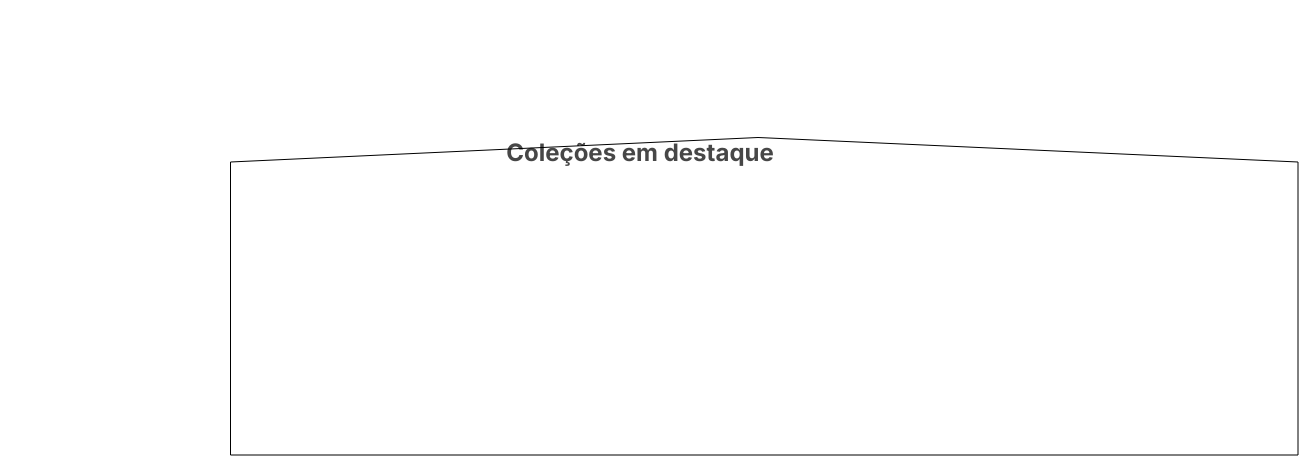
Repository: gimoli/loja-digital
Page: index.html
These files come from the project's save history. The page is drawn as it stood at one moment and after the next save; the edit follows.
The browser window is 1280 px wide. The page is 1299 px wide, so the pictures cover 1299 px, including what lies to the right of the window. The pictures show the part of the page from y = 1294 to 1750 px (the page is 1750 px tall before and 1725 px after).

Above is the page before, as saved 2025-04-24 11:29:04.

### index.html
<!DOCTYPE html>
<html lang="pt-br">
<head>
    <meta charset="UTF-8">
    <meta name="viewport" content="width=device-width, initial-scale=1.0">
    <title>Digital Store</title>
    <link href="./style.css" rel="stylesheet">
    <script src="https://cdn.jsdelivr.net/npm/@tailwindcss/browser@4"></script>
    <link rel="shortcut icon" href="/assets/Logo-Digital.svg" type="image/x-icon">
</head>
<body>
<header class="flex flex-col gap-12 px-[108px] py-[38px]">
    <div class="flex items-center justify-between">
        <div class="flex gap-1">
            <img src="/assets/Logo-Digital.svg" alt="Logo da Digital Store">
            <h1 class="text-4xl text-(--primary-color) font-semibold">Digital Store</h1>
        </div>
        <input type="text" placeholder="Pesquisar produto..." class="bg-(--light-gray-3) py-2 px-3 rounded-lg ml-40 mr-14
         bg-[url(/assets/search.svg)] bg-no-repeat bg-right focus:placeholder-transparent w-[560px] focus:outline-none"/>
        <div>
            <a href="#" class="bg-(--primary-color) text-white rounded-lg px-7 py-3 font-bold text-sm">
                Entrar
            </a>
        </div>
        <div class="relative">
            <img src="/assets/Carrinho-preto.svg" alt="Imagem de um carrinho de compras">
            <div class="flex justify-center items-center absolute bg-(--tertiary-color) text-white font-bold text-xs rounded-full w-[18px] h-[18px] bottom-[15px] left-3">
                2
            </div>
        </div>
    </div>
    </div>
    <nav class="pl-32">
        <ul class="flex gap-6 text-(--dark-gray-2)">
            <li class="hover:text-(--primary-color) hover:font-bold">
                <a href="#">
                Home
            </a>
        </li>
            <li class="hover:text-(--primary-color) hover:font-bold">
                <a href="#">
                Produtos
            </a>
        </li>
            <li class="hover:text-(--primary-color) hover:font-bold">
                <a href="#">
                Categorias
            </a>
        </li>
            <li class="hover:text-(--primary-color) hover:font-bold">
                <a href="#">
                Meus Pedidos
            </a>
        </li>
        </ul>
    </nav>
</header>
<main>
    <section class="flex px-[108px] bg-(--light-gray-3) py-[78px] h-[680px] relative">
        <div class="flex flex-col gap-5 w-[466px]">
            <p class="text-(--warnig-color) font-bold">
                Melhores ofertas personalizadas
            </p>
            <h2 class="font-extrabold text-6xl">
                Queima de estoque Nike 🔥
            </h2>
            <p class="text-(--dark-gray-2) text-lg">
                Consequat culpa exercitation mollit nisi excepteur do do tempor laboris eiusmod irure consectetur.
            </p>
            <a href="#" class="flex items-center justify-center bg-(--primary-color) text-(--light-gray-3) font-bold w-[210px] h-[48px] rounded-lg">
                Ver Ofertas
            </a>
        </div>
        <img src="/assets/White-Sneakers-PNG-Clipart 1.svg" alt="Foto de um tenis branco" class="absolute right-28 bottom-8"/>
        <img src="/assets/ornament.svg" alt="Firula do site - by wendell" class="absolute top-12 right-8">
    </section>
    <section class="flex flex-col gap-15 px-[108px] py-[42px]">
        <div class="flex flex-col gap-10">
            <h4 class="text-(--dark-gray-2) font-bold text-2xl">
                Coleções em destaque
            </h4>
            <ul class="grid grid-cols-3 gap-3.5 h-68">
                <li  class="flex bg-[#D8E3F2] pl-8 pt-8 rounded-md relative bg-[url(/assets/star-wars-shirt-pic.svg)] bg-no-repeat bg-bottom-right">
                    <div class="w-1/2 z-10">
                    <p class="bg-[#E7FF86] rounded-4xl font-bold text-(--dark-gray-2) w-[96px] text-center py-1.5 text-sm">
                        30% OFF
                    </p>
                    <h5 class="font-bold text-(--dark-gray) text-4xl mt-2.5 mb-8">
                        Novo drop Supreme
                    </h5>
                    <a href="#" class="text-(--primary-color) bg-white rounded-xl font-bold px-12 py-4.5">
                        Comprar
                    </a>
                </div>
                </li>
                <li  class="flex bg-[#D8E3F2] pl-8 pt-8 rounded-md relative bg-[url(/assets/sneaks-pic.svg)] bg-no-repeat bg-bottom-right">
                    <div class="w-1/2 z-10">
                    <p class="bg-[#E7FF86] rounded-4xl font-bold text-(--dark-gray-2) w-[96px] text-center py-1.5 text-sm">
                        30% OFF
                    </p>
                    <h5 class="font-bold text-(--dark-gray) text-4xl mt-2.5 mb-8">
                        Coleção Adidas
                    </h5>
                    <a href="#" class="text-(--primary-color) bg-white rounded-xl font-bold px-12 py-4.5">
                        Comprar
                    </a>
                </div>
                </li>
                <li  class="flex bg-[#D8E3F2] pl-8 pt-8 rounded-md relative bg-[url(/assets/headphone-pic.svg)] bg-no-repeat bg-bottom-right">
                    <div class="w-1/2 z-10">
                    <p class="bg-[#E7FF86] rounded-4xl font-bold text-(--dark-gray-2) w-[96px] text-center py-1.5 text-sm">
                        30% OFF
                    </p>
                    <h5 class="font-bold text-(--dark-gray) text-4xl mt-2.5 mb-8">
                        Novo<br> Beats Bass
                    </h5>
                    <a href="#" class="text-(--primary-color) bg-white rounded-xl font-bold px-12 py-4.5">
                        Comprar
                    </a>
                </div>
                </li>
            </ul>
        </div>
        <div></div>
    </section>
    <section class="flex flex-col gap-15 px-[230px] py-[35px]">
        <div class="flex flex-col gap-10">
            <h4 class="text-(--dark-gray-2) font-bold text-2xl text-center">
                Coleções em destaque
            </h4>
            <img src="/assets/borda.svg" alt="Foto de um tenis branco" class="absolute "/>
        </div>
    </section>
</main>
</body>
</html>

### style.css
@import url('https://fonts.googleapis.com/css2?family=Inter:ital,opsz,wght@0,14..32,100..900;1,14..32,100..900&display=swap');

:root {
    --dark-gray: #1F1F1F;
    --dark-gray-2: #474747;
    --dark-gray-3: #666666;
    --light-gray: #8F8F8F;
    --light-gray-2: #CCCCCC;
    --light-gray-3: #F5F5F5;
    --white: #FFFFFF;
    --primary-color: #C92071;
    --secondary-color: #B5B6F2;
    --tertiary-color: #991956;
    --error-color: #EE4266;
    --success-color: #52CA76;
    --warnig-color: #F6AA1C;
    --primary-gradient: 180deg, #C92071, #EDABCA;
    --secondary-gradient: 180deg, #B5B6F2, #EFEFFF;
}

* {
    font-family: "Inter", sans-serif;
    box-sizing: border-box;
}

After the next save:
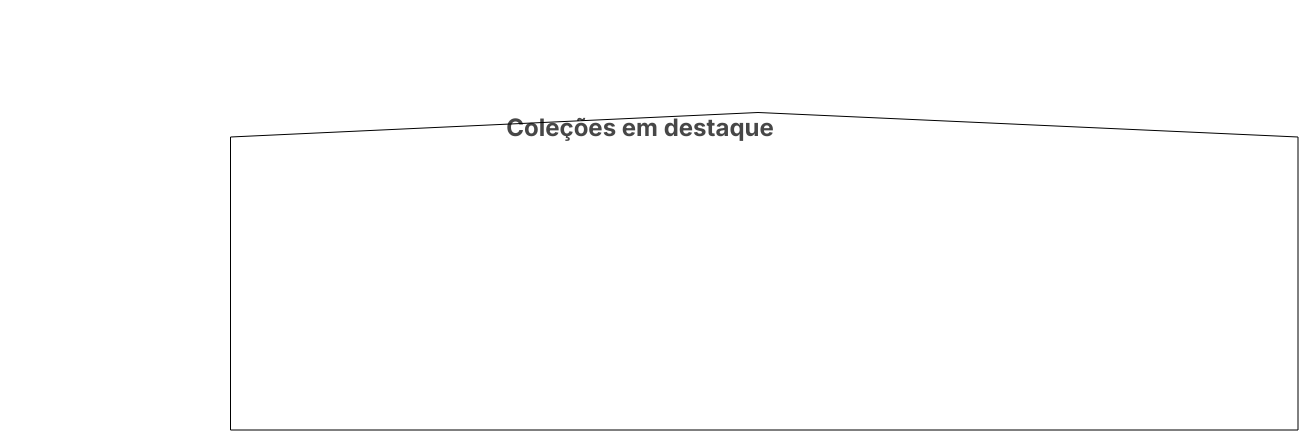
Saved 6 s later.
--- a/index.html
+++ b/index.html
@@ -123,7 +123,7 @@
         </div>
         <div></div>
     </section>
-    <section class="flex flex-col gap-15 px-[230px] py-[35px]">
+    <section class="flex flex-col gap-15 px-[230px] py-[10px]">
         <div class="flex flex-col gap-10">
             <h4 class="text-(--dark-gray-2) font-bold text-2xl text-center">
                 Coleções em destaque
